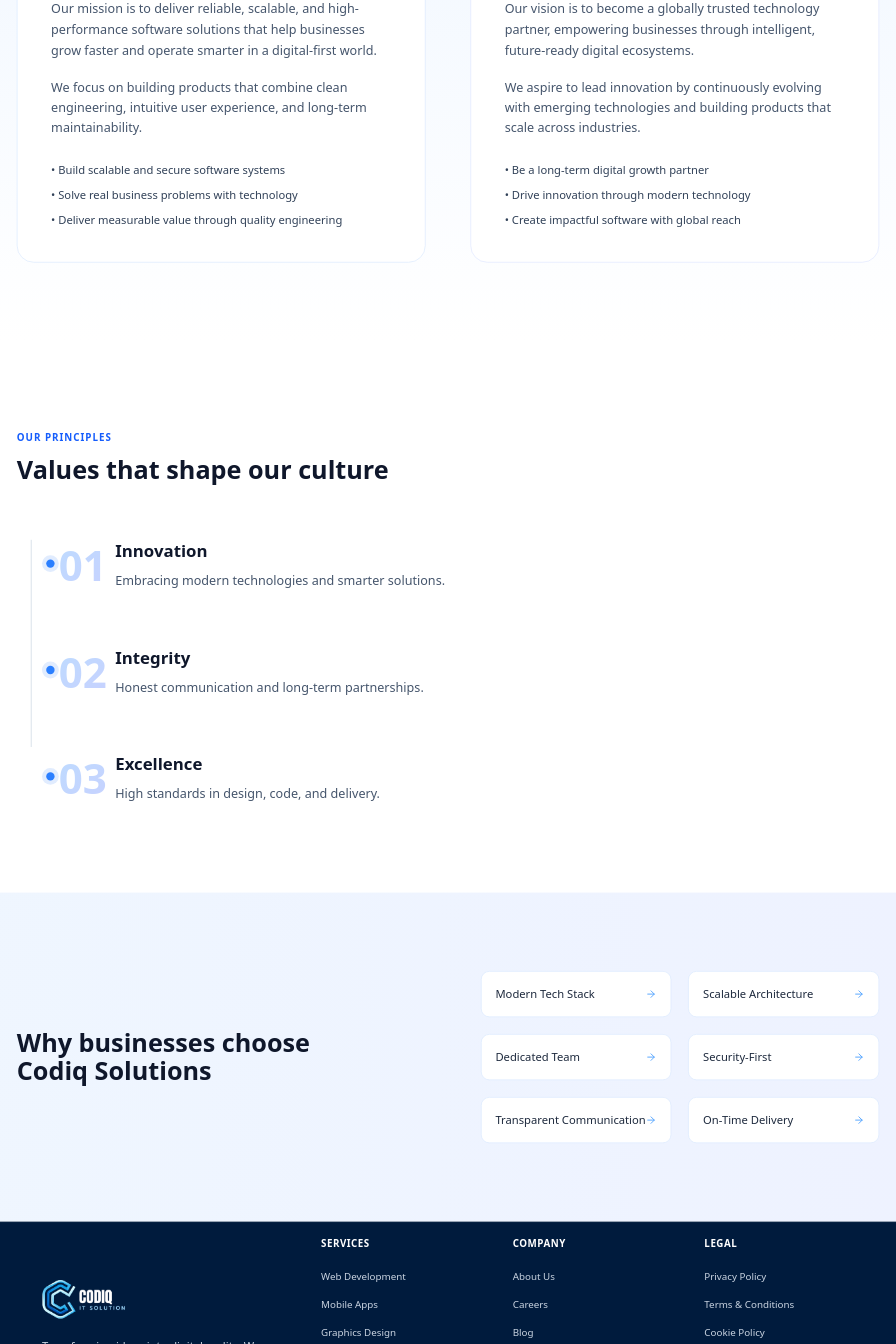
Repository: codiqsolutions/Codiq_Web
Page: /about (app in codiq-main/frontend/)
The author's editor kept a copy of each file at every save. The page is drawn from the files as they stood at one save, then again after the next save.
The browser window is 1280 px wide. The pictures show the part of the page from y = 1253 to 3173 px (the page is 3450 px tall), at 70% of full size.
The project was rebuilt for these pictures with package versions that can differ from the ones it lists, and the page was loaded fresh each time. The framework's server and built-in components were replaced by stand-ins that run in the browser. Also part of the build but not shown: codiq-main/frontend/next.config.ts.

Above is the page before, as saved 2026-01-08 15:17:57.

After the next save:
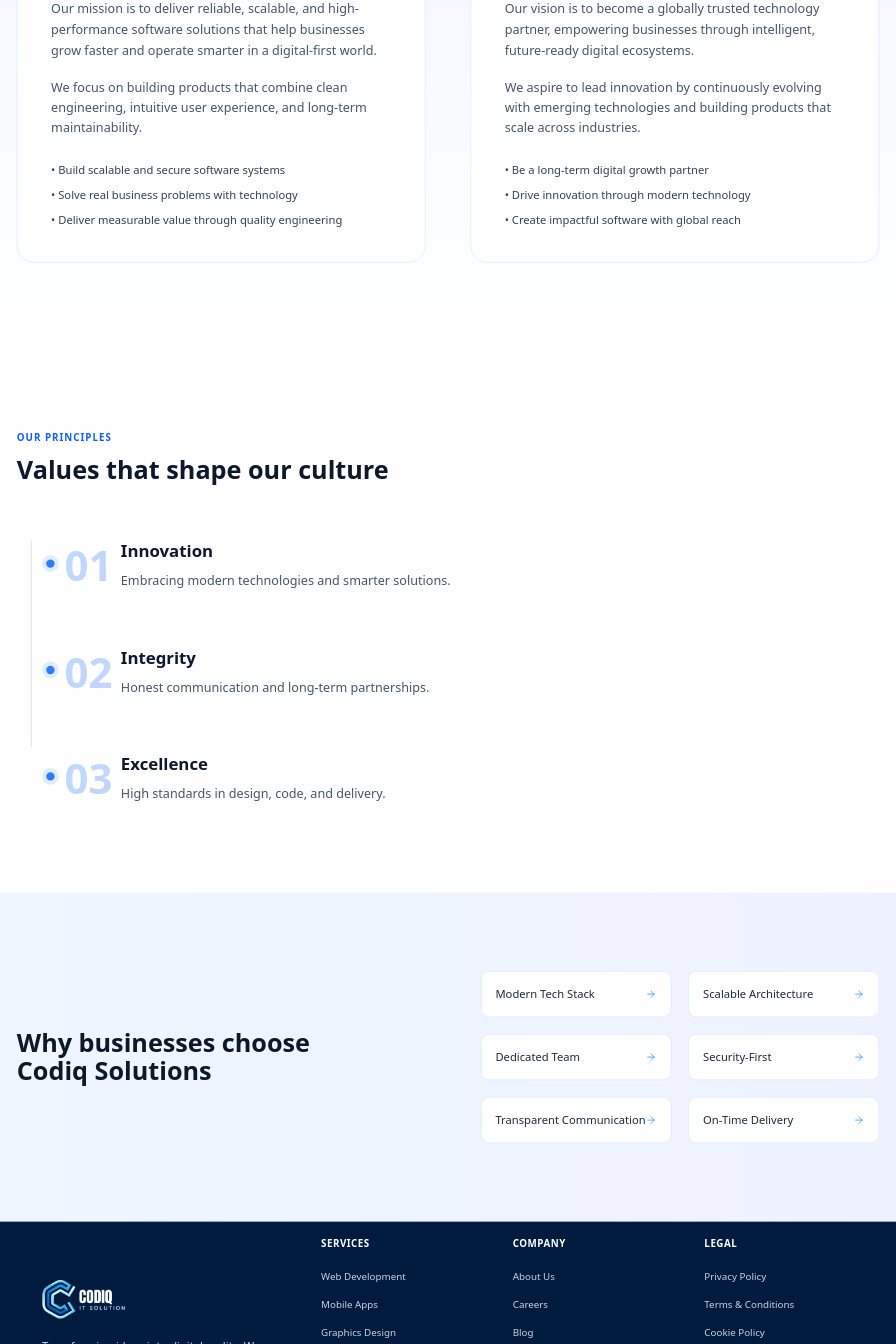
Saved 4 s later.
--- a/codiq-main/frontend/app/about/page.tsx
+++ b/codiq-main/frontend/app/about/page.tsx
@@ -189,7 +189,7 @@ export default function AboutPage() {
                                 whileInView={{ opacity: 1, x: 0 }}
                                 viewport={{ once: true }}
                                 transition={{ delay: i * 0.1 }}
-                                className="relative flex items-center gap-3 pl-3"
+                                className="relative flex items-center gap-3 pl-5"
                             >
                                 {/* Timeline dot */}
                                 <div className="absolute -left-[6px] top-7 h-3 w-3 rounded-full bg-blue-500 shadow-[0_0_0_6px_rgba(59,130,246,0.15)]" />
